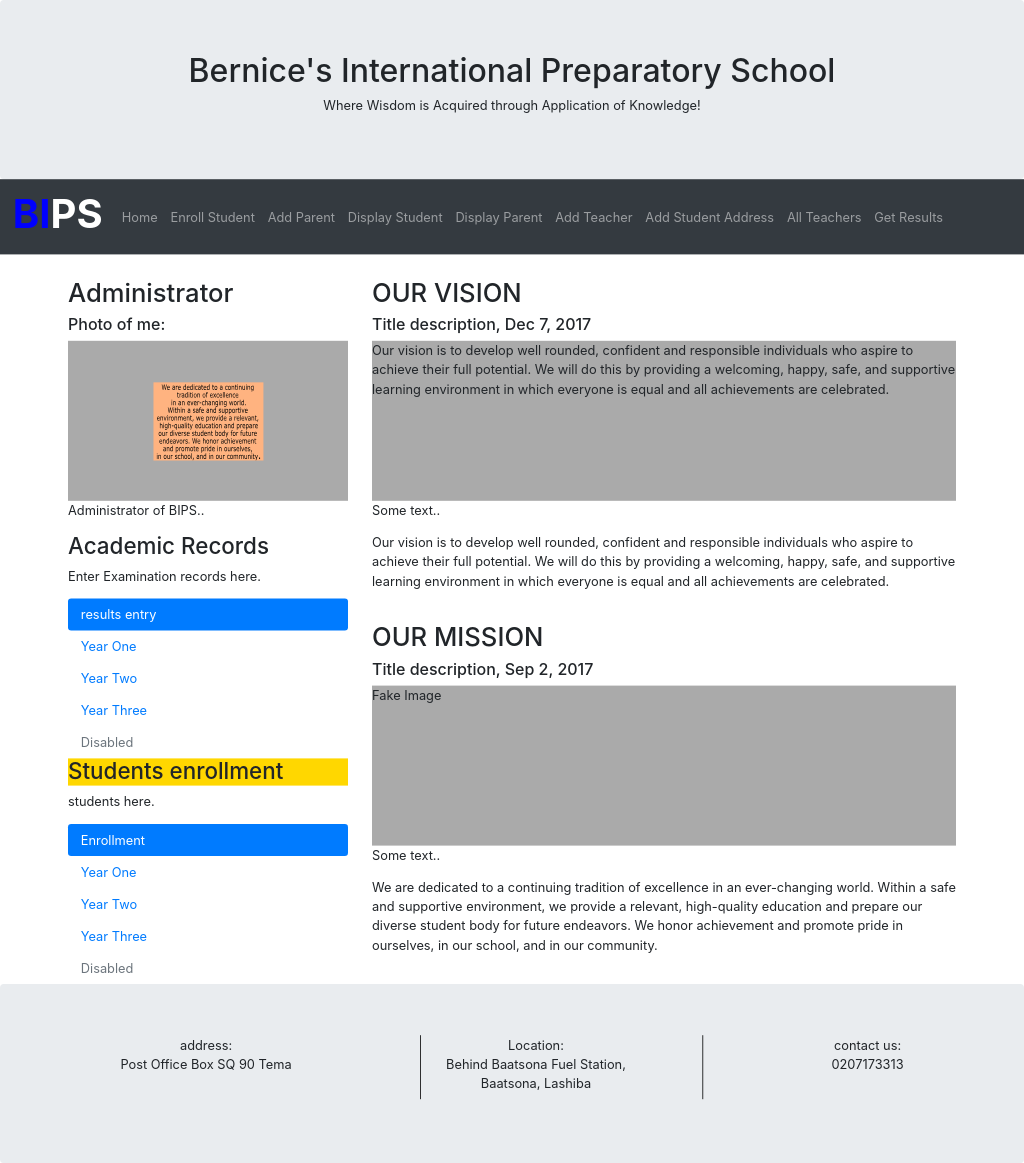
Repository: joseackah/eclipse-workspace
Page: http://localhost/com.school.mgt.system.Front.End/WEB-INF/views/adminPageExample.jsp
An editor plug-in stored every save of this project. The page is shown before and after the next save, followed by the edit.
The browser window is 1280 px wide. The pictures show the whole page, at 80% of full size.
The page is served by Tomcat 9. Nobody is signed in. Other server files are loaded and not shown. The template is opened directly, without the code that normally fills it, so the values that code supplies are empty.

Above is the page before, as saved 2021-08-12 21:05:27.

### com.school.mgt.system.Front.End/src/main/webapp/WEB-INF/views/adminPageExample.jsp
<%@ page language="java" contentType="text/html; charset=ISO-8859-1"
    pageEncoding="ISO-8859-1"%>
<!DOCTYPE html>
<html>
<head>
<meta charset="ISO-8859-1">
<title>Home Page</title>
<meta charset="utf-8">
  <meta name="viewport" content="width=device-width, initial-scale=1">
  <link rel="stylesheet" href="https://maxcdn.bootstrapcdn.com/bootstrap/4.5.2/css/bootstrap.min.css">
  <script src="https://ajax.googleapis.com/ajax/libs/jquery/3.5.1/jquery.min.js"></script>
  <script src="https://cdnjs.cloudflare.com/ajax/libs/popper.js/1.16.0/umd/popper.min.js"></script>
  <script src="https://maxcdn.bootstrapcdn.com/bootstrap/4.5.2/js/bootstrap.min.js"></script>
  <style>
  .fakeimg {
    height: 200px;
    background: #aaa;
  }
  </style>
</head>
<body>
<div class="jumbotron text-center" style="margin-bottom:0">
  <h1>Bernice's International Preparatory School</h1>
  <p>Where Wisdom is Acquired through Application of Knowledge!</p>
</div>

<nav class="navbar navbar-expand-sm bg-dark navbar-dark">
  <a class="navbar-brand" href="#"><h1 style="font-size: 50px; font-weight: bold;"><span style="color:blue; font-size:;">BI</span>PS </h1></a>
  <button class="navbar-toggler" type="button" data-toggle="collapse" data-target="#collapsibleNavbar">
    <span class="navbar-toggler-icon"></span>
  </button>
  <div class="collapse navbar-collapse" id="collapsibleNavbar">
    <ul class="navbar-nav">
      <li class="nav-item">
        <a class="nav-link" href="${pageContext.request.contextPath}/general/homePage">Home</a>
      </li>
      <li class="nav-item">
        <a class="nav-link" href="${pageContext.request.contextPath}/schoolStudents/moreStudentsForm">Enroll Student</a>
      </li>
      <li class="nav-item">
        <a class="nav-link" href="${pageContext.request.contextPath}/schoolParents/showParentForm">Add Parent</a>
      </li>
      <li class="nav-item">
        <a class="nav-link" href="${pageContext.request.contextPath}/schoolStudents/displayStudents">Display Student</a>
      </li>
      <li class="nav-item">
        <a class="nav-link" href="${pageContext.request.contextPath}/schoolParents/displayParents">Display Parent</a>
      </li>
      <li class="nav-item">
        <a class="nav-link" href="${pageContext.request.contextPath}/schoolStudents/showStudentsForm">Add Teacher</a>
      </li>
      <li class="nav-item">
        <a class="nav-link" href="${pageContext.request.contextPath}/studentAddress/displayStudentAddress">Add Student Address</a>
      </li>
      <li class="nav-item">
        <a class="nav-link" href="${pageContext.request.contextPath}/schoolTeachers/displayTeachers">All Teachers</a>
      </li>
      <li class="nav-item">
        <a class="nav-link" href="${pageContext.request.contextPath}/general/lowerResults">Get Results</a>
      </li>
    </ul>
  </div>
</nav>

<div class="container" style="margin-top:30px">
  <div class="row">
    <div class="col-sm-4">
      <h2>Administrator</h2>
      <h5>Photo of me:</h5>
      <div class="fakeimg"> <img alt="our mision" src="${pageContext.request.contextPath}/resources/svg/mission.svg" style="width:100%; height:100%;"/>  </div>
      <p>Administrator of BIPS..</p>

    <!--   academic record start here -->

      <h3>Academic Records</h3>
      <p>Enter Examination records here.</p>
      <ul class="nav nav-pills flex-column">
        <li class="nav-item">
          <a class="nav-link active" href="#">results entry</a>
        </li>
        <li class="nav-item">
          <a class="nav-link" href="#">Year One</a>
        </li>
        <li class="nav-item">
          <a class="nav-link" href="#">Year Two</a>
        </li>
        <li class="nav-item">
          <a class="nav-link" href="#">Year Three</a>
        </li>
        <li class="nav-item">
          <a class="nav-link disabled" href="#">Disabled</a>
        </li>
      </ul>
      <hr class="d-sm-none">

      <!-- academic record ends here -->

      <!-- student starts here -->
       <h3 style="background-color:gold;">Students enrollment</h3>
      <p>students here.</p>
      <ul class="nav nav-pills flex-column">
        <li class="nav-item">
          <a class="nav-link active">Enrollment</a>
        </li>
        <li class="nav-item">
          <a class="nav-link" href="#">Year One</a>
        </li>
        <li class="nav-item">
          <a class="nav-link" href="#">Year Two</a>
        </li>
        <li class="nav-item">
          <a class="nav-link" href="#">Year Three</a>
        </li>
        <li class="nav-item">
          <a class="nav-link disabled" href="#">Disabled</a>
        </li>
      </ul>
      <hr class="d-sm-none">
    <!--   students ends here -->
    </div>
    <div class="col-sm-8">
      <h2>OUR VISION</h2>
      <h5>Title description, Dec 7, 2017</h5>
      <div class="fakeimg">Our vision is to develop well rounded, confident and responsible individuals who aspire to achieve their full potential. We will do this by providing a welcoming, happy, safe, and supportive learning environment in which everyone is equal and all achievements are celebrated. </div>
      <p>Some text..</p>
      <p>Our vision is to develop well rounded, confident and responsible individuals who aspire to achieve their full potential. We will do this by providing a welcoming, happy, safe, and supportive learning environment in which everyone is equal and all achievements are celebrated. </p>
      <br>
      <h2>OUR MISSION</h2>
      <h5>Title description, Sep 2, 2017</h5>
      <div class="fakeimg">Fake Image</div>
      <p>Some text..</p>
      <p>We are dedicated to a continuing tradition of excellence in an ever-changing world. Within a safe and supportive environment, we provide a relevant, high-quality education and prepare our diverse student body for future endeavors. We honor achievement and promote pride in ourselves, in our school, and in our community.</p>
    </div>
  </div>
</div>

<div class="jumbotron text-center" style="margin-bottom:0; align-context: space-between;">
<div style="justify-content: center;">
<div style="display: flex; float: center; justify-content: center;">
<p style="margin-right: 10em">address: <br /> Post Office Box SQ 90 Tema</p> <p style="border-left: 1px solid black; height: 80px; position:fix; left: 35%; padding-right: 2em;"> </p>
<p style="display: flex; float: right;"> Location: <br /> Behind Baatsona Fuel Station, <br> Baatsona, Lashiba </p> <P style="border-left: 1px solid black; height: 80px; position:fix; right: 50%; margin-left: 6em;"> </P>
<p style="margin-left: 10em">contact us:<br/> 0207173313</p>
</div>


</div>
</div>

</body>
</html>

Loaded but not shown: com.school.mgt.system.Front.End/src/main/resources/static/svg/mission.svg (1165 lines, source omitted)

After the next save:
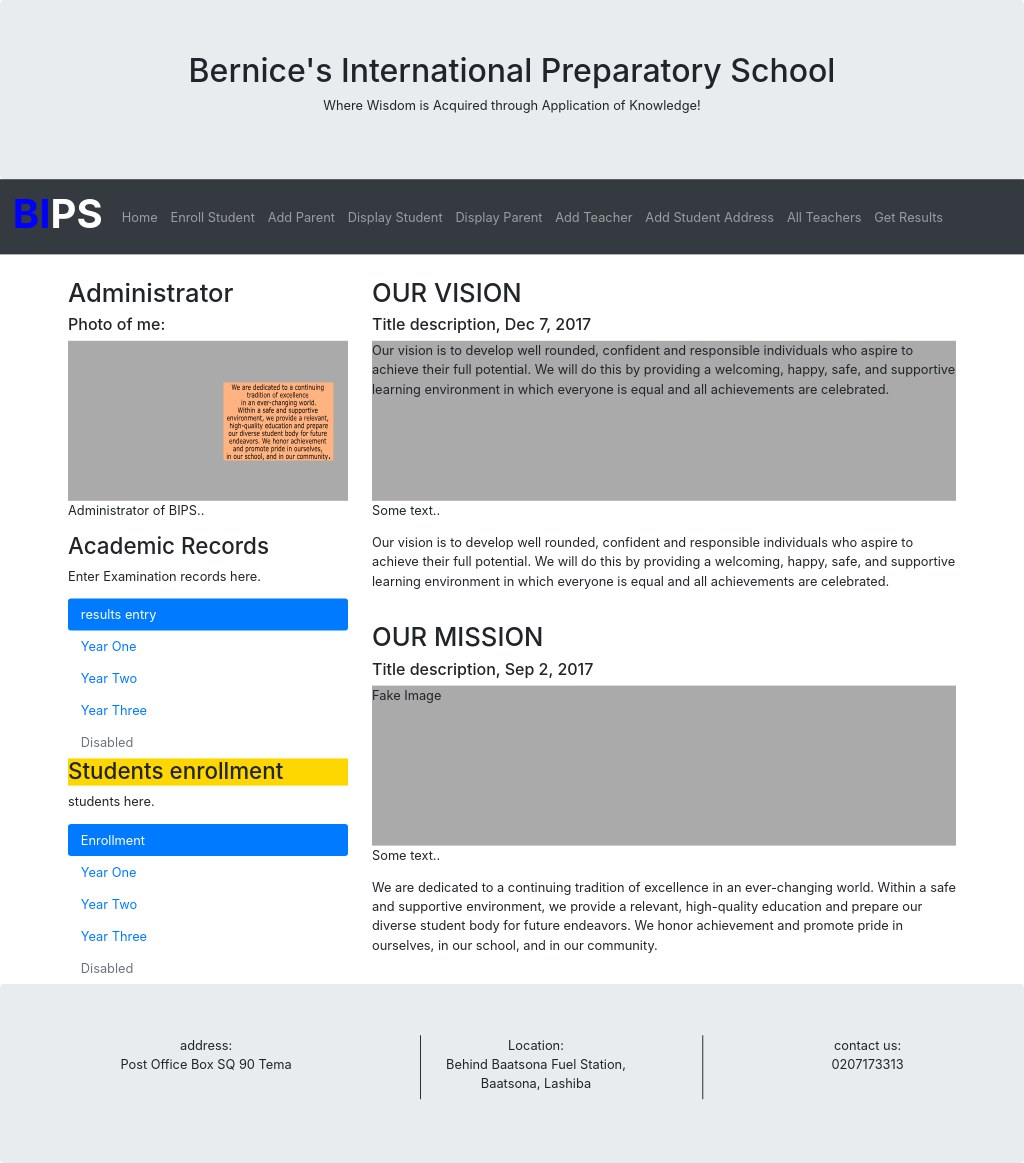
Saved 79 s later.
--- a/com.school.mgt.system.Front.End/src/main/webapp/WEB-INF/views/adminPageExample.jsp
+++ b/com.school.mgt.system.Front.End/src/main/webapp/WEB-INF/views/adminPageExample.jsp
@@ -67,7 +67,7 @@
     <div class="col-sm-4">
       <h2>Administrator</h2>
       <h5>Photo of me:</h5>
-      <div class="fakeimg"> <img alt="our mision" src="${pageContext.request.contextPath}/resources/svg/mission.svg" style="width:100%; height:100%;"/>  </div>
+      <div class="fakeimg"> <img alt="our mision" src="${pageContext.request.contextPath}/resources/svg/mission.svg" style="width:150%; height:100%;"/>  </div>
       <p>Administrator of BIPS..</p>
 
     <!--   academic record start here -->

After the save that followed:
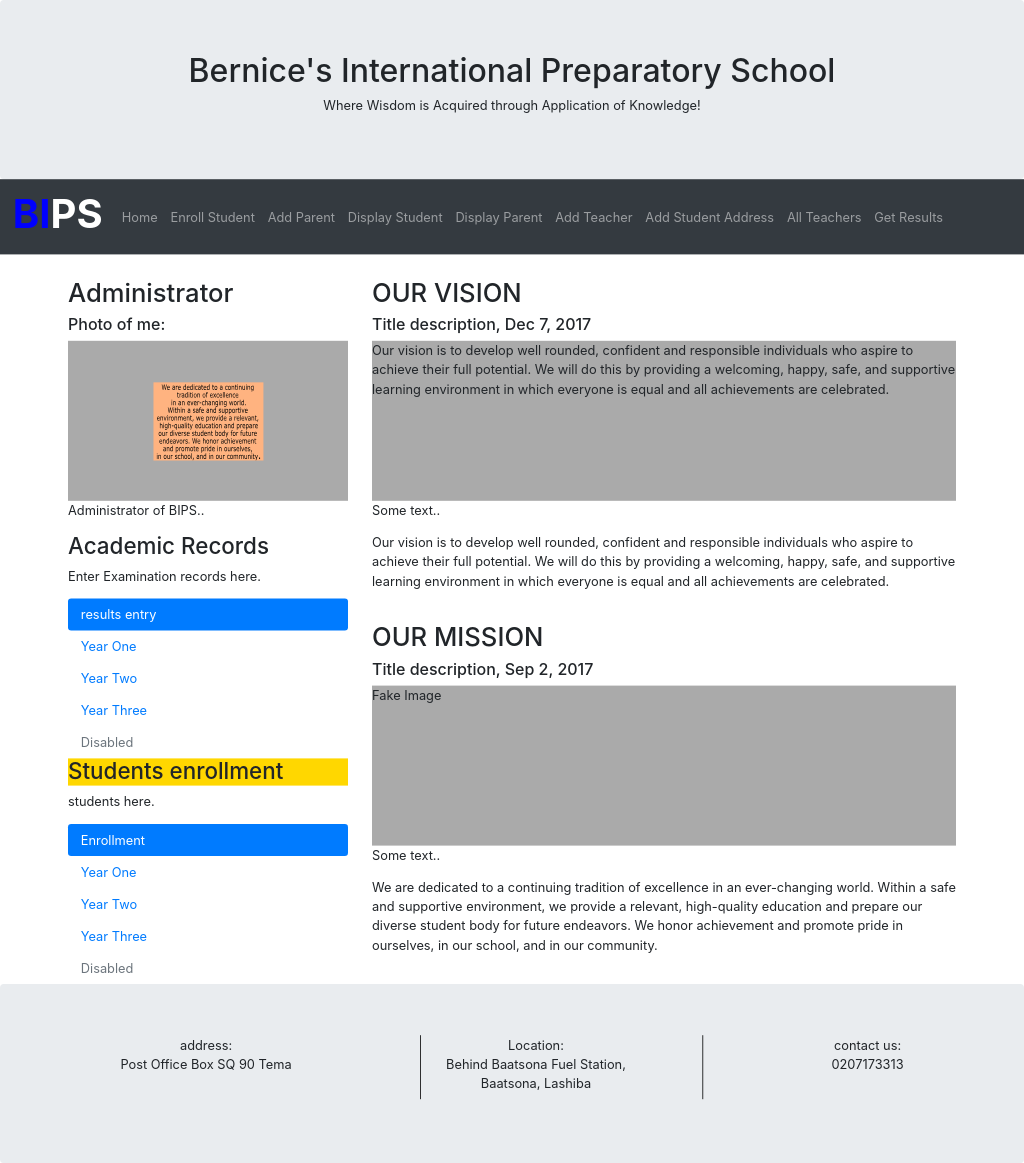
Saved 16 s later.
--- a/com.school.mgt.system.Front.End/src/main/webapp/WEB-INF/views/adminPageExample.jsp
+++ b/com.school.mgt.system.Front.End/src/main/webapp/WEB-INF/views/adminPageExample.jsp
@@ -67,7 +67,7 @@
     <div class="col-sm-4">
       <h2>Administrator</h2>
       <h5>Photo of me:</h5>
-      <div class="fakeimg"> <img alt="our mision" src="${pageContext.request.contextPath}/resources/svg/mission.svg" style="width:150%; height:100%;"/>  </div>
+      <div class="fakeimg"> <img alt="our mision" src="${pageContext.request.contextPath}/resources/svg/mission.svg" style="width:100%; height:100%;"/>  </div>
       <p>Administrator of BIPS..</p>
 
     <!--   academic record start here -->
